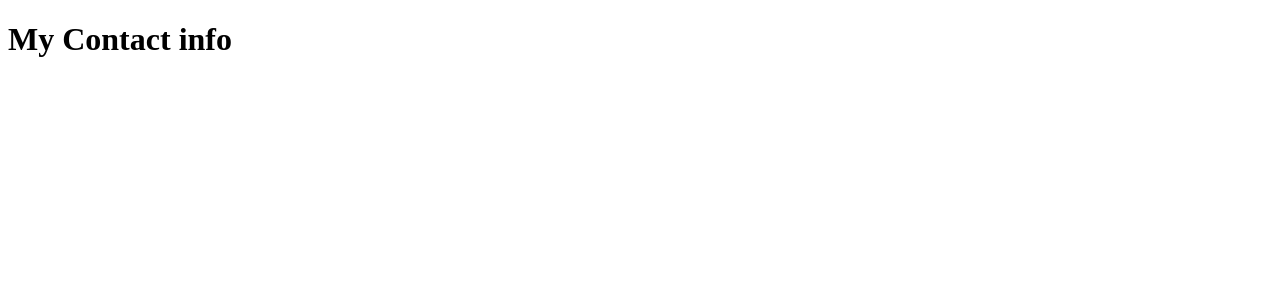
Repository: Melinda-Nanjad-Personal-Website/Personal-web
Page: contact.html
The author's editor kept a copy of each file at every save. The page is drawn from the files as they stood at one save, then again after the next save.
The browser window is 1280 px wide. The pictures show the whole page.

Above is the page before, as saved 2023-07-27 19:49:29.

After the next save:
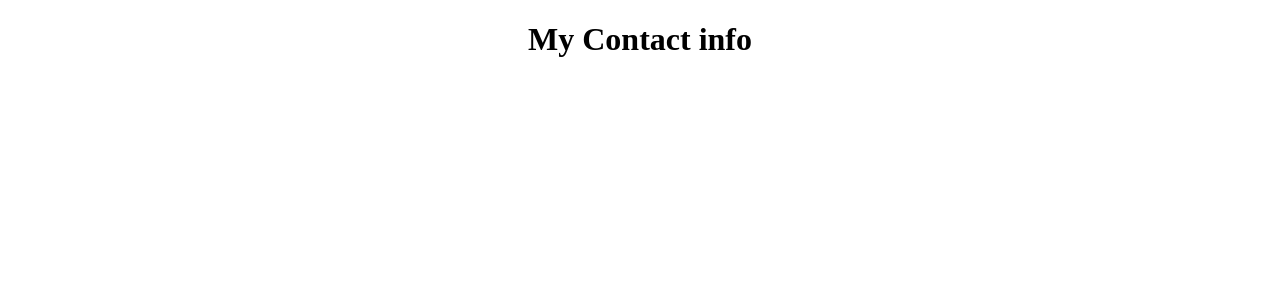
Saved 20 s later.
--- a/contact.html
+++ b/contact.html
@@ -6,7 +6,7 @@
     <title>Contact Page</title>
 </head>
 <body>
-    <h1>My Contact info</h1>
+    <h1><center/>My Contact info</h1>
 
 
 
